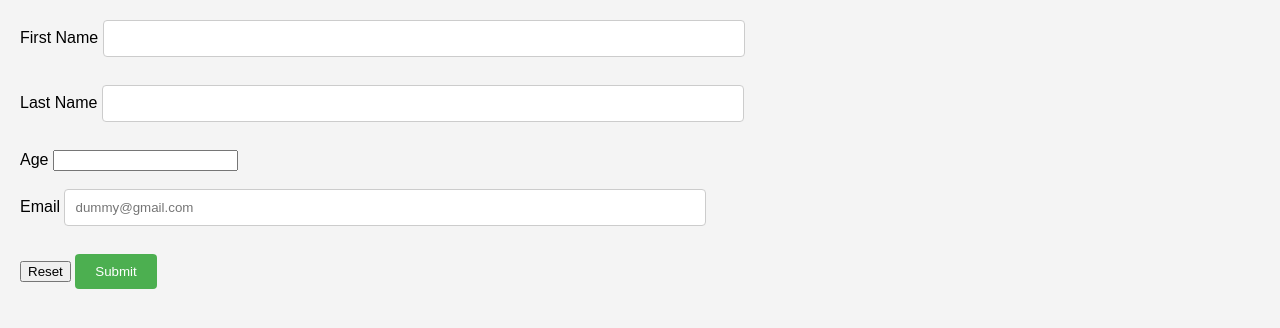
Repository: Haakim19/web-dev
Page: form.html
These files come from the project's save history. The page is drawn as it stood at one moment and after the next save; the edit follows.
The browser window is 1280 px wide. The pictures show the whole page.

Above is the page before, as saved 2024-06-02 16:09:48.

After the next save:
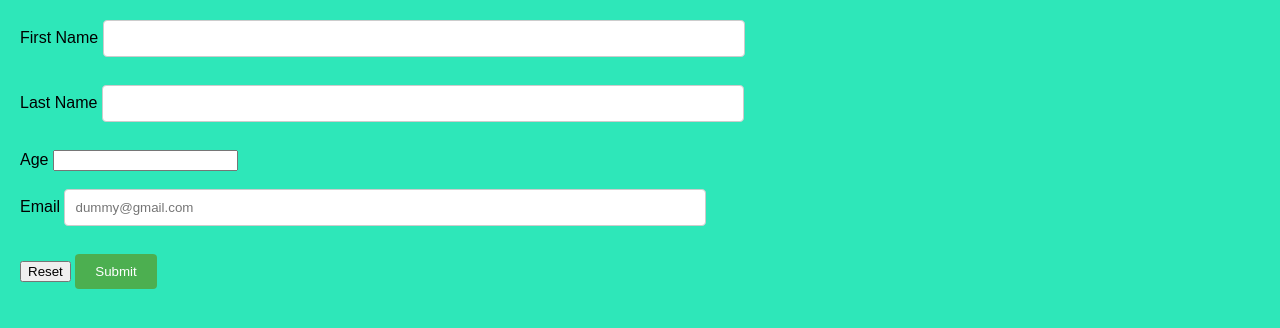
Saved 49 s later.
--- a/form.css
+++ b/form.css
@@ -1,6 +1,6 @@
 body {
-    font-family: Arial, sans-serif;
-    background-color: #f4f4f4;
+    font-family: Arial, Helvetica, sans-serif, sans-serif;
+    background-color: #2ee7b9;
     margin: 10px;
     padding: 10px;
 }
